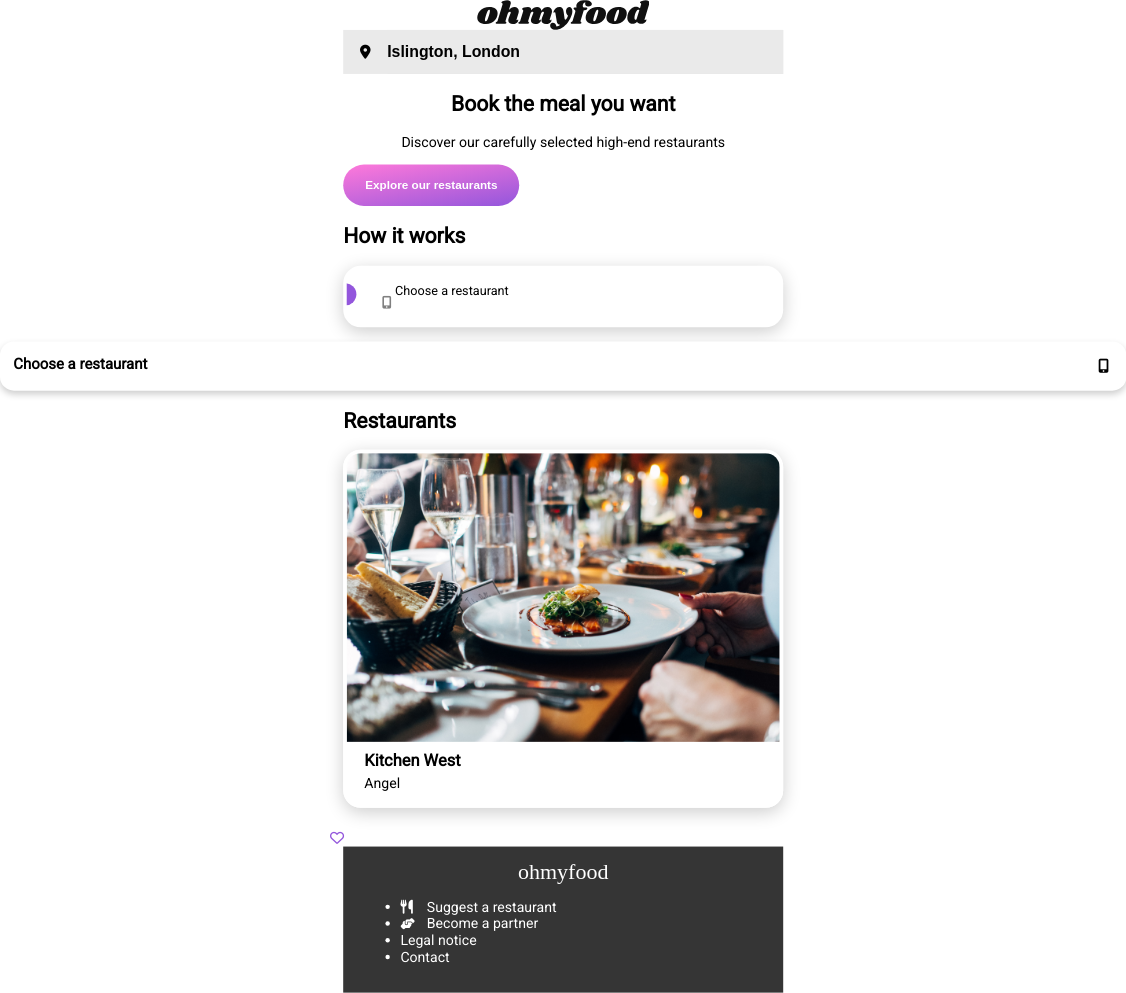
Repository: R1ptou/Project-3
Page: index.html
An editor plug-in stored every save of this project. The page is shown before and after the next save, followed by the edit.
The browser window is 1280 px wide. The pictures show the whole page, at 88% of full size.
Some web fonts or font styles are not loaded; a fallback is used. The style sheet was rebuilt from its Sass, Less or Tailwind sources for each picture, by a compiler version that may differ from the author's.

Above is the page before, as saved 2024-03-24 20:32:27.

### index.html
<!DOCTYPE html>
<html lang="en">
<head>
    <meta charset="UTF-8">
    <meta name="viewport" content="width=device-width, initial-scale=1.0">
    <title>ohmyfood</title>
    <link rel="preconnect" href="https://fonts.googleapis.com">
    <link rel="preconnect" href="https://fonts.googleapis.com">
    <link rel="preconnect" href="https://fonts.gstatic.com" crossorigin>
    <link href="https://fonts.googleapis.com/css2?family=Roboto&family=Shrikhand&display=swap" rel="stylesheet">
    <link rel="stylesheet" href="https://cdnjs.cloudflare.com/ajax/libs/font-awesome/6.2.1/css/all.min.css"
        integrity="sha512-MV7K8+y+gLIBoVD59lQIYicR65iaqukzvf/nwasF0nqhPay5w/9lJmVM2hMDcnK1OnMGCdVK+iQrJ7lzPJQd1w=="
        crossorigin="anonymous" referrerpolicy="no-referrer">
    <link rel="stylesheet" href="./css/style.css">
</head>
<body>
<!-- Nav -->
    <div class="container">
        <div class="logo"> <!-- Logo -->
            <img  src="./Images%20and%20text%20Ohmyfood/images/logo/ohmyfood@2x.svg" alt="ohmyfood logo" >
        </div>
            <form class="search-bar"> <!-- Search bar -->
                <div class="icon-search"><i class="text-black fa-solid fa-location-dot"></i></div>
                <input class="input-search" value="Islington, London" type="text">
            </form>
        <div> <!-- Headline -->
            <h2 class="headline"><strong>Book the meal you want</strong></h2>
            <p class="headline">Discover our carefully selected high-end restaurants</p>
        </div>
            <button type="submit" class="button-search">Explore our restaurants</button> <!-- Submit button -->
    </div>

<!-- How it works -->
    <main>
        <section class="container">
            <h2>How it works</h2>
            <ol class="list-group numbered card card-rest">
                <li class="list-item">
                    <span class="icon-no">1</span>
                    <span class="icon-pic fa-solid fa-mobile-screen-button"></span>
                    <span class="card-text">Choose a restaurant</span>
                </li>
            </ol>
        </section>

        <div class="menu-item menu-item-1">
            <div class="menu-item__body">
                <h4 class="menu-item__heading">Choose a restaurant</h4>

            </div>
            <div class="fa-solid fa-mobile-screen-button menu-item__price "></div>
            <div class="menu-item__checkmark">
                <i class="fas fa-check-circle fa-lg menu-item__checkmark-icon"></i>
            </div>
        </div>

<!-- Restaurants -->
        <section class="container">
            <h2>Restaurants</h2>

            <a href="#" class="card-rest">
                <img class="card-img" src="./Images%20and%20text%20Ohmyfood/images/restaurants/jay-wennington-N_Y88TWmGwA-unsplash.jpg" alt="">
                      <div class="card-content">
                        <h3 class="card-title">Kitchen West</h3>
                        <p class="card-subtitle">Angel</p>
                      </div>
            </a>
            <div class="heart">
                <span class="fa-solid fa-heart heart-icon heart-full"></span>
                <span class="fa-regular fa-heart heart-icon heart-empty"></span>

            </div>

        </section>

<!-- Header -->
<!-- Footer -->
<footer class="footer container">
    <div class="logo"> <!-- Logo -->
        <a href class="#top footer-logo" title="Back to top of the page" alt="Back to top of the page">ohmyfood</a>
     </div>
     <ul class="list">
        <li><a href="#"><span class="fa-solid fa-utensils footer-ico"></span>Suggest a restaurant</a></li>
        <li><a href="#"><i class="fa-solid fa-handshake-angle footer-ico ico-resize"></i>Become a partner</a></li>
        <li><a href="#">Legal notice</a></li>
        <li><a href="mailto:project3@ohmyfood.com" title="Email Us" alt="Email Us">Contact</a></li>
      </ul>
  </footer>
    </main>
</body>
</html>

### scss/style.scss
/****** General ***********/

@import "variables";
@import "base";
@import "list-group";
@import "card";
@import "button";

.container {
    max-width: 500px;
    margin: auto;
}


/****** Nav ***********/

/****** Logo ***********/

.logo {
    display: flex;
    justify-content: center;
}
/****** Search bar ***********/

.search-bar {
    display: flex;
    justify-content: center;
    background-color: $septenary-color;
}

.icon-search {
    display: flex;
    justify-content: center;
    align-items: center;
    width: 50px;
    height: 50px;
    flex-shrink: 0;
}

.input-search {
    display: flex;
    border-width: 0;
    border-style: none;
    width: 100%;
    padding: 0;
    font-weight: bold;
    font-size: 18px;
    background-color: $septenary-color;
    caret-color: $tertiary-color;
}
.input-search:focus {
    outline: none;
}

/****** Headline ***********/
.headline {
    display: flex;
    justify-content: center;
}

/****** How it works ***********/

ol {
    counter-reset: section;
}

li::before {
    counter-increment: section;
}

.icon-pic {
    display: relative;
    background: none;
    color: grey;
    width: 20px;
    height: 20px;
    padding: 15px;
    flex-shrink: 0;
}

.icon-pic:hover {
    color: $primary-color;
}

.icon-no {
    position: absolute;
    margin:0 -39px;
    background: $primary-color;
    border-radius: 50%;
    border: none;
    font-size: 0.9rem;
    color: #fff;
    text-align: center;
    width: 25px;
    height: 25px;
    padding: 5px;
    flex-shrink: 0;
}

.menu-item {
	background: white;
	border-radius: 16px;
	box-shadow: 0 4px 8px 0 rgba(0,0,0,0.2);
	position: relative;
	overflow: hidden;
	cursor: pointer;
	display: flex;

	.menu-item__price {
		display: flex;
		align-items: center;
		padding: 20px;
	}

	&:hover {
		.menu-item__checkmark {
			width: 75px;
		}
		.menu-item__checkmark-icon {
			-webkit-transform: rotate(0deg);
			transform: rotate(0deg);
		}
	}

	.menu-item__body {
		width: 100%;
		padding: 15px;
		overflow: hidden;
		display: flex;
		flex-direction: column;

		.menu-item__content, .menu-item__heading {
			margin: 0;
			font-size: 15px;
			text-overflow: ellipsis;
			overflow: hidden;
			white-space: nowrap;
		}

		.menu-item__heading{
			font-size: 17px;
		}
	}

	.menu-item__checkmark {
		width: 0;
		background: $primary-color;
		transition: width 1s;
		right: 0;
		top: 0;
		bottom: 0;
		flex-shrink: 0;
		display: flex;
		justify-content: center;
		align-items: center;
	}

	.menu-item__checkmark-icon {

		transition: transform 1s;
		color: white;
	}
}


/****** Restaurants ***********/

.heart {
    position: relative;
    display:inline-block;
    height: 24px;
    width: 24px;
    top: 10px;
    right: 15px;
}

.heart-icon {
    position: absolute;
    display: inline-block;
    height: 24px;
    width: 24px;
    color: $primary-color;
}

.heart-empty {
    transition: opacity 1s;
    opacity: 1;
}

.heart-full {
    transition: opacity 1s;
    opacity: 0;
    background-image: $gradient;
    background-clip: text;
    -webkit-background-clip: text;
    color: transparent;
}

.heart:hover .heart-full {
    opacity: 1;
}

.heart:hover .heart-empty {
    opacity: 0;
}

/****** Starters ***********/


/****** Mains ***********/


/****** Deserts ***********/


/****** Button ***********/

.btn {
    background-color: $primary-color;
}

/****** Label ***********/


/****** Icon ***********/


/****** Footer ***********/

.footer {
    background-color: $octonary-color;
    color: #fff;
    padding: 15px 25px;
}

.footer-logo {
    color: #fff;
    font-family: $primary-serif;
    font-size: 25px;
    margin: 0;
}

.footer a {
    color: #fff;
}

.footer-ico {
    width: 30px;
}

.ico-resize {
    font-size: 13px;
}

### scss/_variables.scss
    $primary-color: #9356DC; // button, badge, icon hover
    $secondary-color: #FF79DA; // button gradient
    $tertiary-color: #99E2D0; // element hue
    $quaternary-color: #008766; // badge font
    $quinary-color: #7E7E7E; // icons
    $senary-color: #F6F6F6; // background hue (off-white)
    $septenary-color: #EAEAEA; // form field background
    $octonary-color: #353535; // footer background

    $gradient: linear-gradient(-10deg, #9356DC, #FF79DA);
    $gradient-hover: linear-gradient(120deg, #9356DC, #FF79DA);

    $primary-sans-serif: "Roboto", sans-serif;
    $primary-serif: "Shrikhand", serif;

### scss/_base.scss
body {
    margin: 0;
    padding: 0;
    color: #000;
    font-family: $primary-sans-serif;
    }

::selection {
    color: #000;
    background: $tertiary-color;
    }

a {
    text-decoration: none;
    }

a, a:visited {
    color: inherit;
    }

a:hover, a:focus {
    color: $tertiary-color;
}

* {
    box-sizing: border-box;
    -moz-box-sizing: border-box;
    -webkit-box-sizing: border-box;
    }

*:focus {
    outline: $tertiary-color solid 2px;
}

*:visited {}

html {
    scroll-behavior: smooth;
  }

a[title]:hover::after {
    opacity: 1;
    transition: all 0.1s ease 0.3s;
    visibility: visible;
}

a[title]:after {
    content: attr(title);
    color: $tertiary-color;
    position: absolute;
    top: 10px;
    left: 105%;
    z-index: 100;
    white-space: nowrap;
    border: solid 1px;
    padding: 5px;
    font-family: $primary-sans-serif;
    font-size: 0.7rem;
    opacity: 0;
    visibility: hidden;
}
[title] {
    position: relative;
}

### scss/_list-group.scss
.numbered {
    list-style-type: none;
    counter-reset: section;
}

.list-group {
    list-style-type: none;
    padding: 0;
    display: flex;
    flex-direction: column;
    justify-content: space-between;
    align-items: start;
}
.list-item {
    display: flex;
    justify-content: space-between;
    align-items: flex-start;
    position: relative;
    box-sizing: border-box;
    list-style-type: none;
    text-decoration: none;
}

### scss/_card.scss
.card-group {
    display: flex;
    flex-wrap: wrap;
    padding: 16px 25px;
}

.card {
    display: flex;
    flex-direction: row;
    padding: 16px 25px;
    background: #fff;
    border-radius: 25px;
    box-shadow: 1px 3px 6px 0px rgba(0, 0, 255, .2);
    font: 0.9rem "Roboto", sans-serif;
    color: #000;
}

/****** Restaurants ***********/



.card-rest {
    margin-bottom: 1rem;
    display: flex;
    flex-direction: column;
    background-color: var(#F6F6F6);
    box-shadow: 0 5px 20px rgba(0,0,0,0.2);
    border-radius: 20px;
    overflow: hidden;
    border: 4px solid #fff;
}

.card-img {
    object-fit: cover;
    width: 100%;
}

.card-content {
    padding: 10px 20px;
}

.card-title {
    margin: 0;
}

.card-subtitle {
    margin: 5px 0;
}

### scss/_button.scss
/****** Submit button ***********/


.button-search{
    padding: 16px 25px;
    color: #fff;
    font-weight: bold;
    background: $gradient;
    border-radius: 25px;
    border: none;
    justify-content: center;
    //transition: all 0.5s ease-out;
}

.button-search:hover,
.button-search:focus {
    background: $gradient-hover;
    outline: none;
    cursor: pointer;
    content:"";
    left: 120%;
}

After the next save:
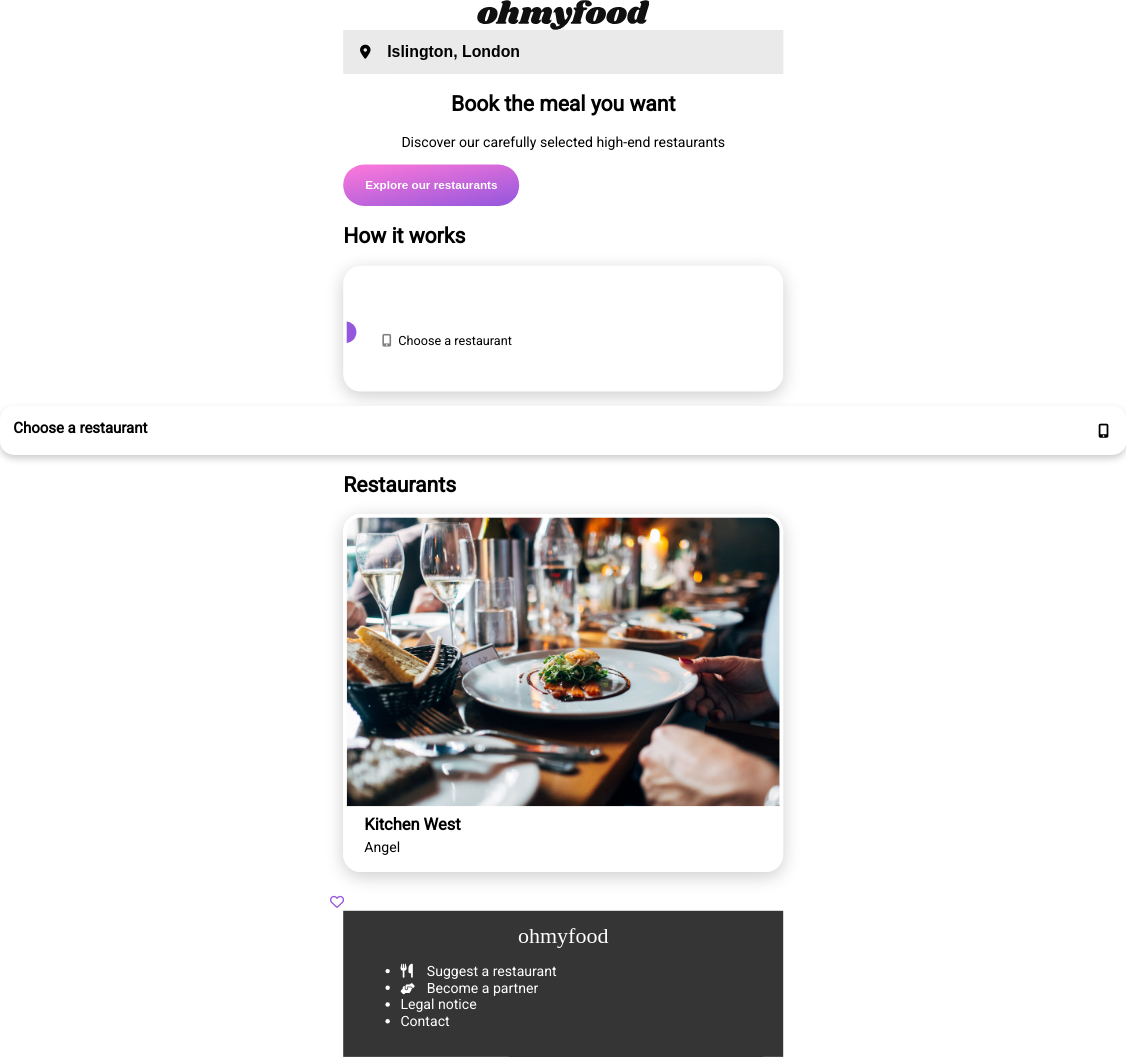
Saved 14 min 34 s later.
--- a/scss/style.scss
+++ b/scss/style.scss
@@ -66,6 +66,14 @@ ol {
 
 li::before {
     counter-increment: section;
+}
+
+.numbered li {
+    margin: 2em 0;
+    padding-top: 1em;
+    display: block;
+    position: relative;
+    counter-increment: inst;
 }
 
 .icon-pic {
